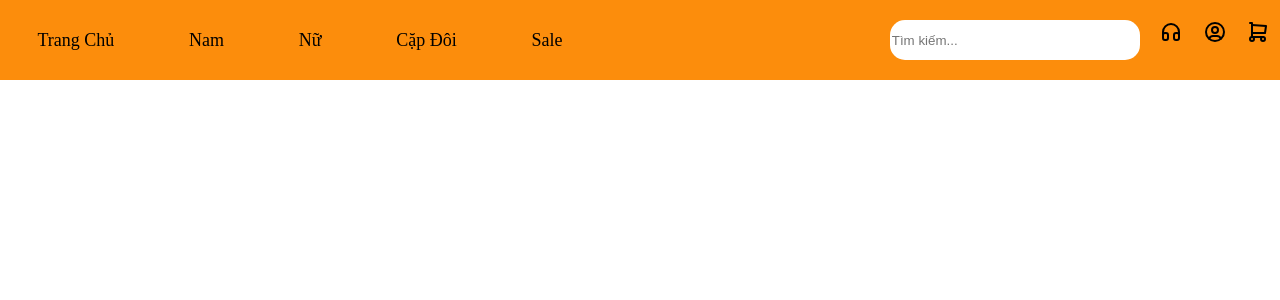
Repository: manhhieu120499/demo_page
Page: nam.html
An editor plug-in stored every save of this project. The page is shown before and after a run of saves, followed by the edit.
The browser window is 1280 px wide. The pictures show the whole page.

Above is the page before, as saved 2023-03-04 16:03:43.

After the next 3 saves:
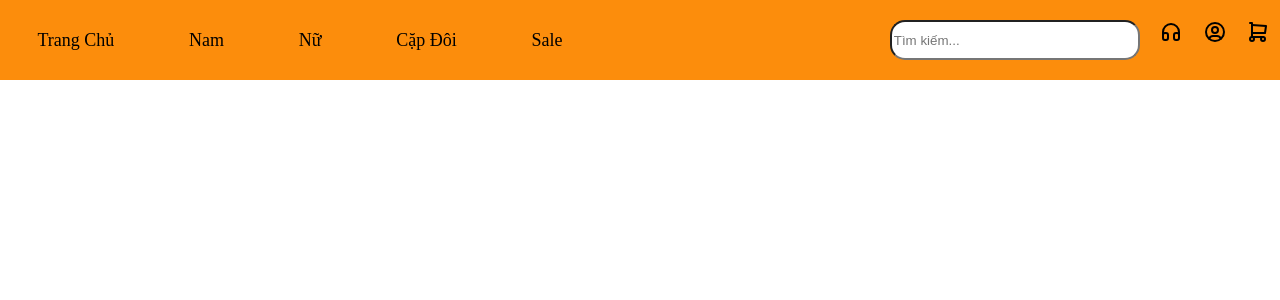
The 3 saves are shown as one change because they came seconds apart.
The last was saved 49 s later.
--- a/style_nam.css
+++ b/style_nam.css
@@ -34,7 +34,7 @@
     width: 250px;
     height: 40px;
     border-radius: 15px;
-    border: none;
+    outline: none;
 }
 
 .right_header > a {

After the 2 saves that followed:
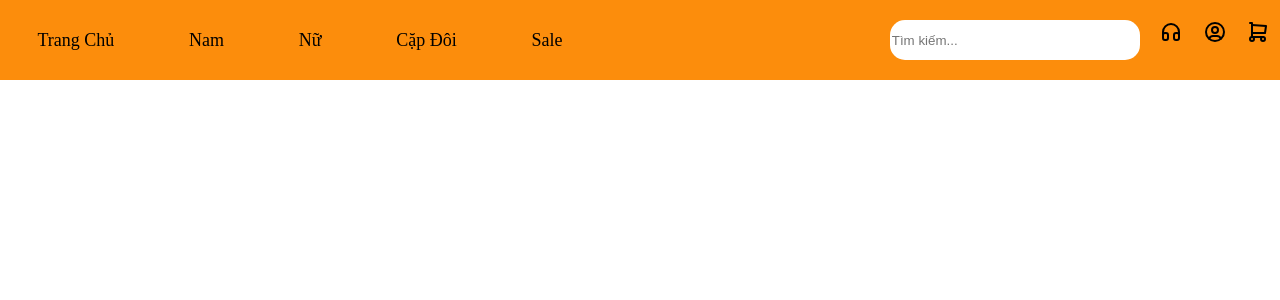
The 2 saves are shown as one change because they came seconds apart.
The last was saved 15 s later.
--- a/style_nam.css
+++ b/style_nam.css
@@ -34,7 +34,7 @@
     width: 250px;
     height: 40px;
     border-radius: 15px;
-    outline: none;
+    border: none;
 }
 
 .right_header > a {
